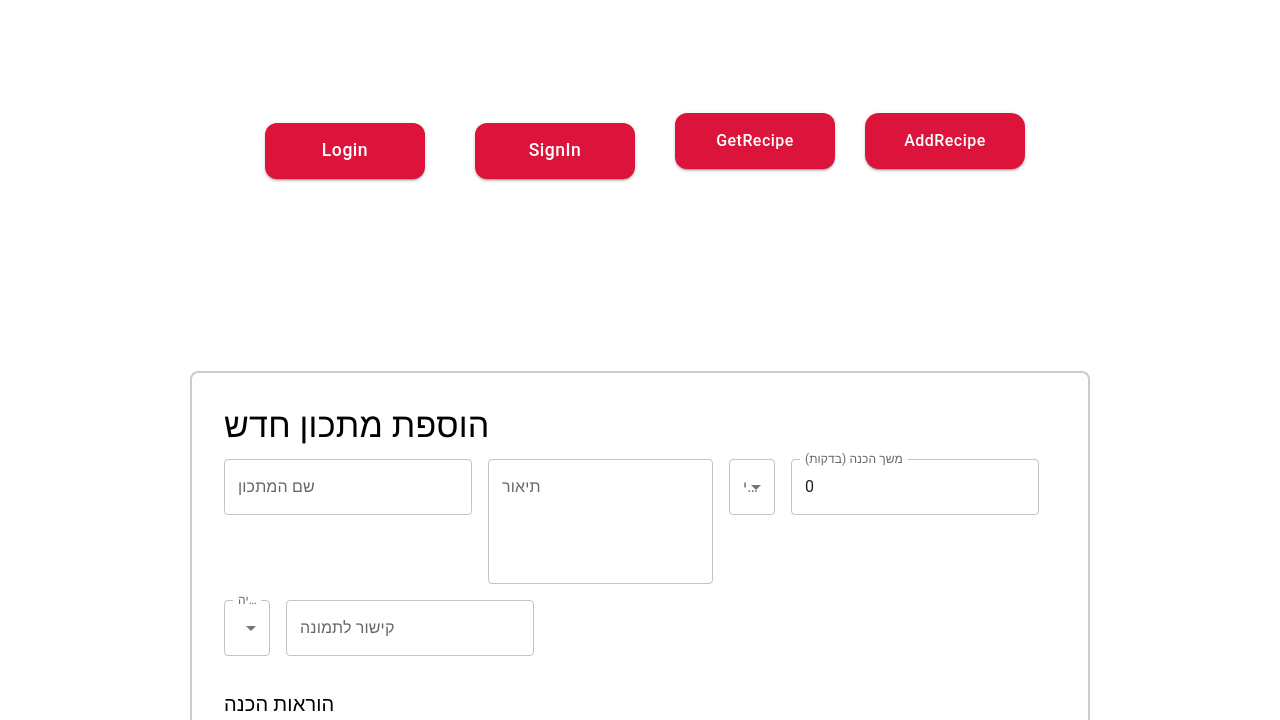
Repository: saraAber/Recipes_ReactProject
Page: /AddRecipe
These files come from the project's save history. The page is drawn as it stood at one moment and after the next save; the edit follows.
The browser window is 1280 px wide. The pictures show the whole page.
The project was rebuilt for these pictures with package versions that can differ from the ones it lists, and the page was loaded fresh each time. Also part of the build but not shown: vite.config.ts, src/components/Login.tsx, src/components/SignIn.tsx, src/components/userContext.tsx, src/components/GetRecipes.tsx, src/components/CategoriesContext.tsx, src/components/EditRecipe.tsx.

Above is the page before, as saved 2025-05-06 16:15:49.

After the next save:
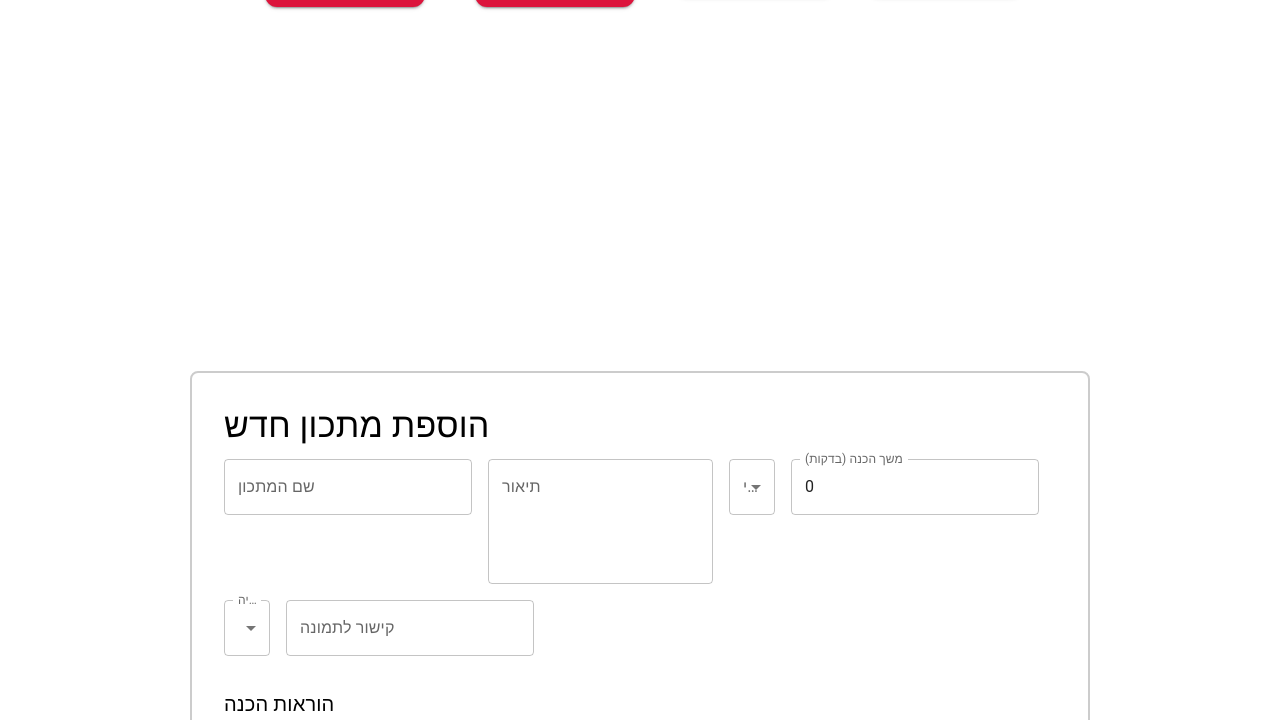
Saved 4 min 46 s later.
--- a/src/components/HomePage.tsx
+++ b/src/components/HomePage.tsx
@@ -1,10 +1,9 @@
 import { useState } from "react";
-import { useNavigate } from "react-router-dom";
+import { useNavigate, Link } from "react-router-dom";
 import { useAuth } from "../contexts/AuthUserContext";
 import LoginModal from "./Login";
 import SignupModal from "./SignIn";
 import { Button } from '@mui/material';
-import { Link } from 'react-router-dom';
 
 function HomePage() {
   const [showLogin, setShowLogin] = useState(false);
@@ -17,11 +16,12 @@ function HomePage() {
       className="home-container"
       style={{
         display: 'flex',
+        flexDirection: 'column',
         justifyContent: 'center',
-        alignItems: 'flex-end',
-        height: '100vh',
-        paddingBottom: '150px',
-        // marginTop: '150px',
+        alignItems: 'center',
+        minHeight: '100vh',
+        padding: '50px 20px',
+        boxSizing: 'border-box',
       }}
     >
       <div
@@ -29,7 +29,8 @@ function HomePage() {
         style={{
           display: 'flex',
           flexDirection: 'row',
-          gap: '30px', // רווח בין כפתורים
+          gap: '30px',
+          flexWrap: 'wrap',
         }}
       >
         {!user && (
@@ -99,6 +100,8 @@ function HomePage() {
           AddRecipe
         </Button>
       </div>
+
+      {/* מודאלים */}
       {showLogin && <LoginModal onClose={() => setShowLogin(false)} />}
       {showSignup && <SignupModal onClose={() => setShowSignup(false)} />}
     </div>
